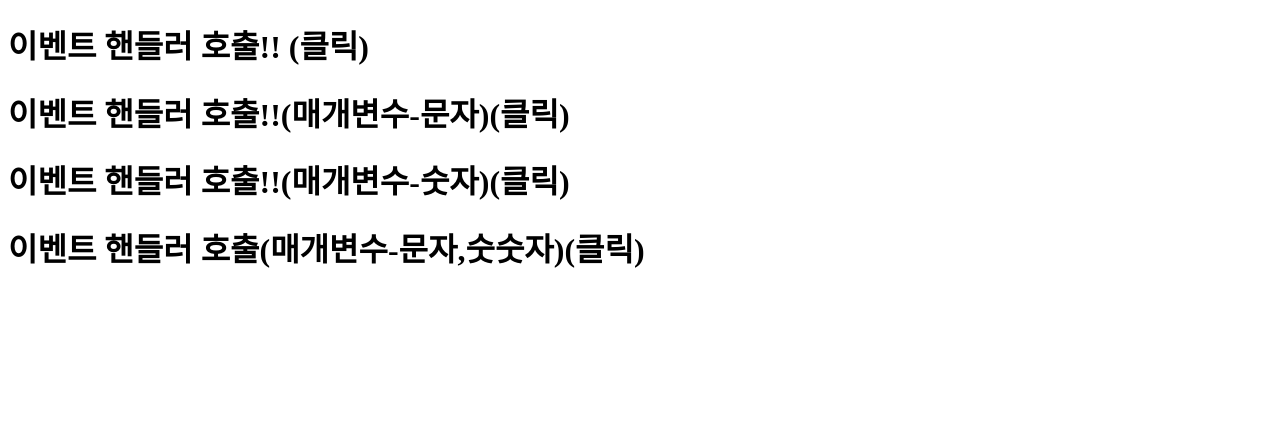
Repository: buildadoor/eclipse
Page: jspexp/src/main/webapp/a01_javascript/a01_basic/a07_function.html
The author's editor kept a copy of each file at every save. The page is drawn from the files as they stood at one save, then again after the next save.
The browser window is 1280 px wide. The pictures show the whole page.

Above is the page before, as saved 2022-11-15 05:35:51.

After the next save:
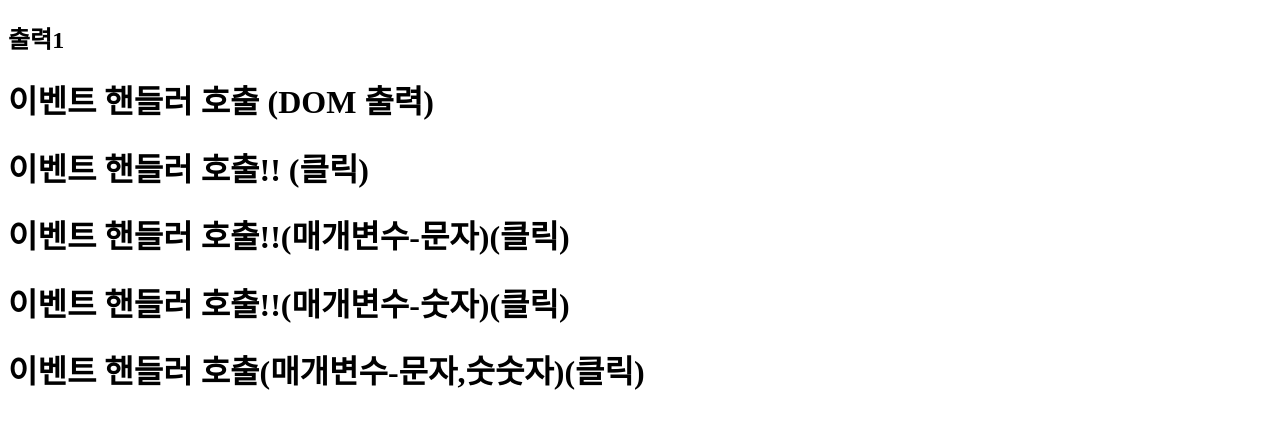
Saved 2 min 23 s later.
--- a/jspexp/src/main/webapp/a01_javascript/a01_basic/a07_function.html
+++ b/jspexp/src/main/webapp/a01_javascript/a01_basic/a07_function.html
@@ -59,9 +59,14 @@
   //ex) call04를 통해 물건명과 가격(숫자), 갯수를 넘겨서 alert()으로 구매비용
   // 물건:@@@ 비용:@@를 경고창으로 출력되게 하세요.
  //이벤트를 통해 특정한 DOM객체에 전달값 출력 처리
-  </script>
+
+
+ </script>
 </head>
 <body>
+	<h2>출력1</h2>
+	<h1 onclick="call05()">이벤트 핸들러 호출 (DOM 출력)</h1>
+
    <h1 onclick="call01()">이벤트 핸들러 호출!! (클릭)</h1>
    <h1 onclick="call02('홍길동')">이벤트 핸들러 호출!!(매개변수-문자)(클릭)</h1>
    <h1 onclick="call03(4,5)">이벤트 핸들러 호출!!(매개변수-숫자)(클릭)</h1>
